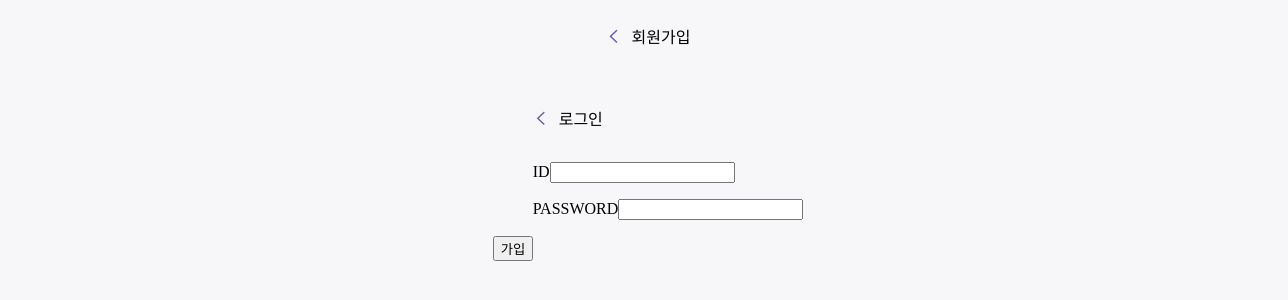
Repository: PEPI-dev/UI
Page: regist/regist.html
The author's editor kept a copy of each file at every save. The page is drawn from the files as they stood at one save, then again after the next save.
The browser window is 1280 px wide. The page is 1288 px wide, so the pictures cover 1288 px, including what lies to the right of the window. The pictures show the whole page.

Above is the page before, as saved 2023-12-04 17:28:14.

### regist/regist.html
<!DOCTYPE html>
<html lang="en">
<head>
    <meta charset="UTF-8">
    <meta name="viewport" content="width=device-width, initial-scale=1.0">
    <title>회원가입</title>
    <link rel="stylesheet" href="./regist.css">
    <link rel ="stylesheet" type="text/css" href="../a_XEIcon-2.2.0/xeicon.min.css">
</head>
<body>

    <div id="div_back"><i class="xi-angle-left" id="back"></i><p id="txt_login">회원가입</p></div>

    <form class="form_class" action="#">
        <ul class="input_form">
        <div id="div_back"><i class="xi-angle-left" id="back"></i><p id="txt_login">로그인</p></div>
        <p class="input_form"><label for="ID" class="txt_input">ID</label><input class="field" id="ID"></input></p>
        <p class="input_form"><label for="password" class="txt_input">PASSWORD</label><input class="field" id="password" type="password" ></input></p>

        </ul>
        <button id="join">가입</button>

    </form>

</body>
</html>

### regist/regist.css
body {
    width: 100%;
    background-color: #F7F7F9;
    display: flex;
    flex-direction: column;
    align-items: center;
}

/* 뒤로가기 버튼 */
.xi-angle-left {
    color: #6658B1;
}

#txt_login {
    font-family: 'main_font';
}

#div_back {
    display: flex;
    align-items: center;
    margin-bottom: 10px;
}

#back {
    border: none;
    background: none;
    cursor: pointer;
    margin-right: 10px;
}



@media screen and (max-width: 360px) {

    /* 뒤로가기 */



    #div_back {
        padding: 1px;
        margin-top: 35px;
    }



}

Loaded but not shown: a_XEIcon-2.2.0/xeicon.min.css (library)

After the next save:
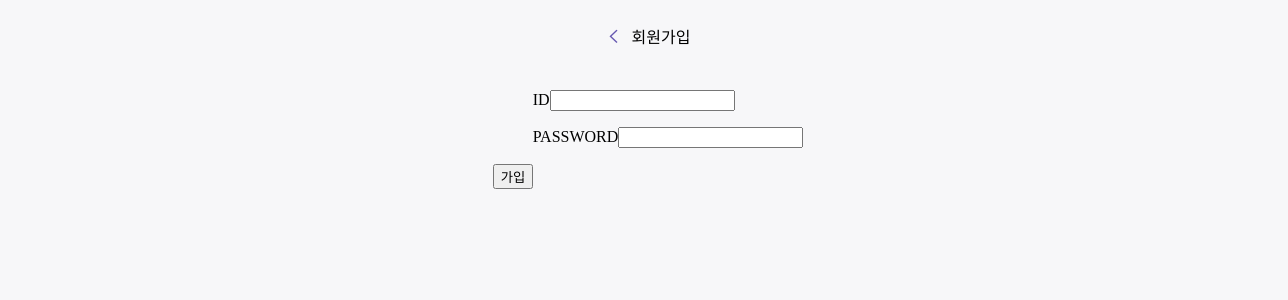
Saved 9 s later.
--- a/regist/regist.html
+++ b/regist/regist.html
@@ -13,7 +13,6 @@
 
     <form class="form_class" action="#">
         <ul class="input_form">
-        <div id="div_back"><i class="xi-angle-left" id="back"></i><p id="txt_login">로그인</p></div>
         <p class="input_form"><label for="ID" class="txt_input">ID</label><input class="field" id="ID"></input></p>
         <p class="input_form"><label for="password" class="txt_input">PASSWORD</label><input class="field" id="password" type="password" ></input></p>
 
